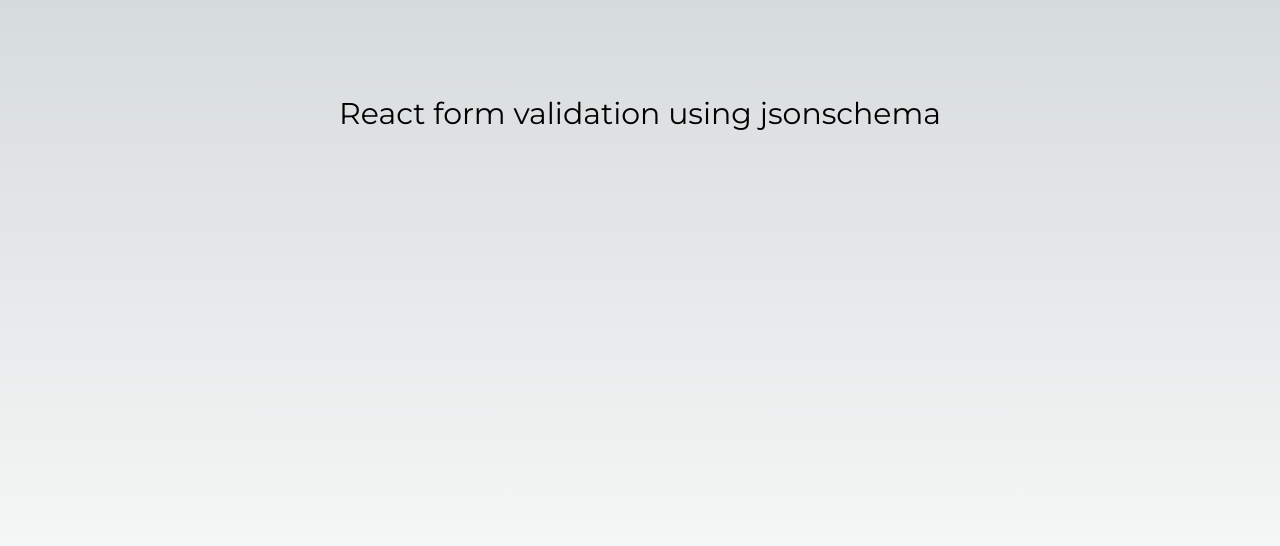
Repository: rajsenthil/react-jsonschema-validation
Page: /
These files come from the project's save history. The page is drawn as it stood at one moment and after the next save; the edit follows.
The browser window is 1280 px wide. The pictures show the whole page.
The project was rebuilt for these pictures with package versions that can differ from the ones it lists, and the page was loaded fresh each time. The framework's server and built-in components were replaced by stand-ins that run in the browser. Also part of the build but not shown: next.config.js.

Above is the page before, as saved 2023-09-13 07:41:32.

After the next save:
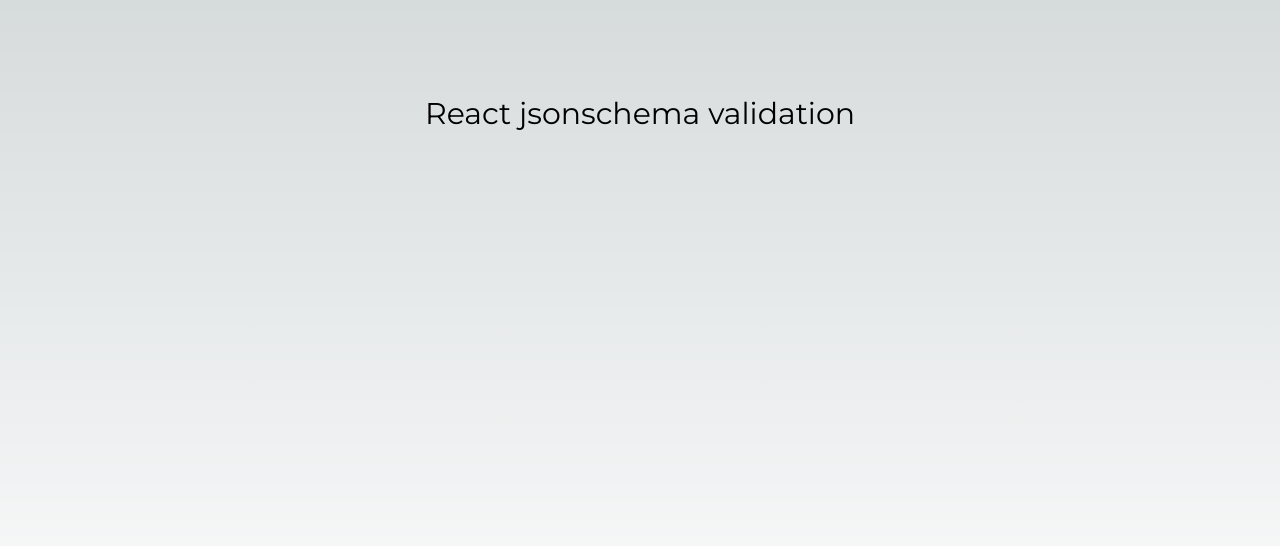
Saved 32 s later.
--- a/pages/index.tsx
+++ b/pages/index.tsx
@@ -8,8 +8,9 @@ export default function Home() {
     <main
       className={`flex min-h-screen flex-col items-center justify-between p-24 ${montserrat.className}`}
     >
-      <div className='text-base lg:text-3xl md:text-lg sm:text-sm'>React form validation using jsonschema</div>
-
+      <div className='text-base lg:text-3xl md:text-lg sm:text-sm'>
+        React jsonschema validation
+      </div>
     </main>
   )
 }
